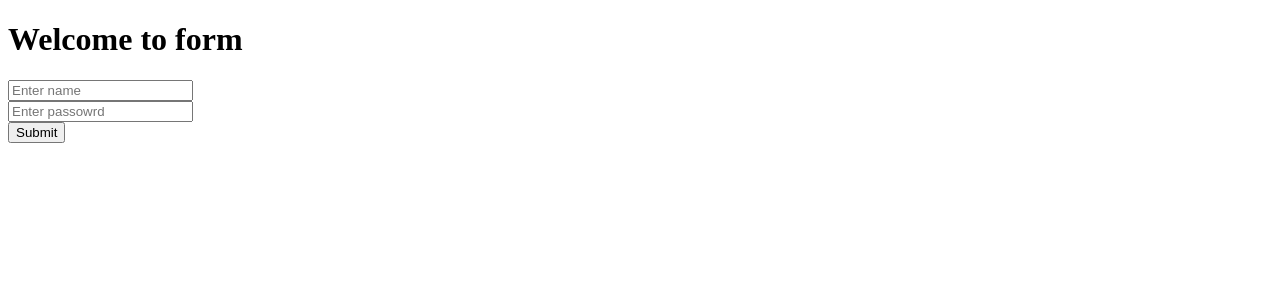
Repository: Senyadt2/Projects-On-Java
Page: GetPostDemo/src/main/webapp/index.html
An editor plug-in stored every save of this project. The page is shown before and after the next save, followed by the edit.
The browser window is 1280 px wide. The pictures show the whole page.

Above is the page before, as saved 2024-03-24 06:38:19.

After the next save:
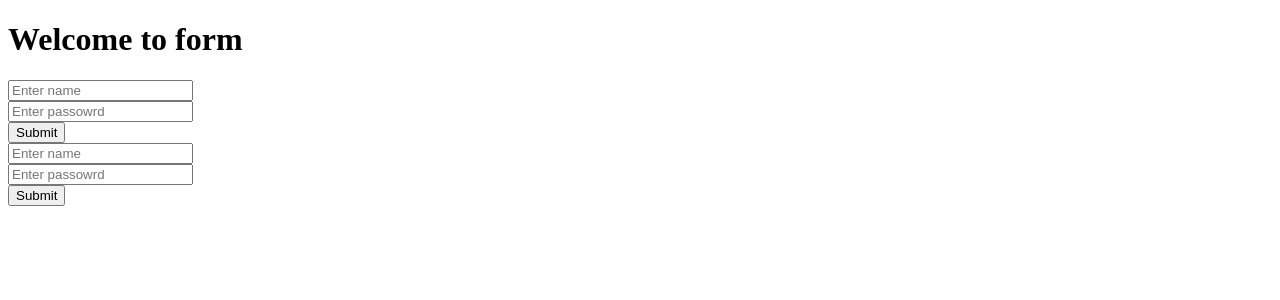
Saved 46 s later.
--- a/GetPostDemo/src/main/webapp/index.html
+++ b/GetPostDemo/src/main/webapp/index.html
@@ -5,13 +5,13 @@
 <title>Insert title here</title>
 </head>
 <body>
-<h1>Welcome to form</h1>
-<!-- 	<form action="login" method="get">
+	<h1>Welcome to form</h1>
+	<form action="login" method="get">
 		<input type="text" name="name1" placeholder="Enter name"><br>
 		<input type="password" name="pass1" placeholder="Enter passowrd"><br>
 		<button type="submit" value="login">Submit</button>
-	</form> -->
-		<form action="login" method="post">
+	</form>
+	<form action="login" method="post">
 		<input type="text" name="name" placeholder="Enter name"><br>
 		<input type="password" name="pass" placeholder="Enter passowrd"><br>
 		<button type="submit" value="login">Submit</button>
